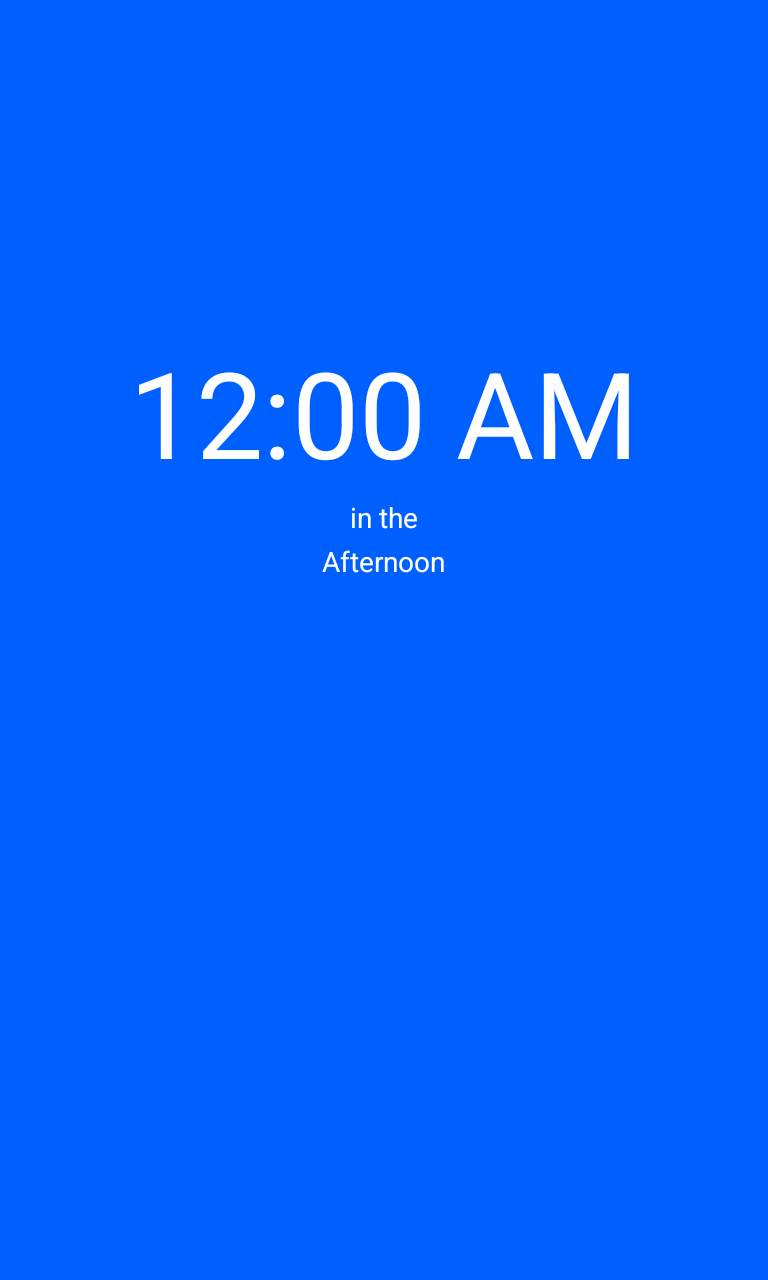
Repository: DinkyDetailsLLC/ADP2
Layout: WakeTimerforKids/res/layout/activity_main.xml
The author's editor kept a copy of each file at every save. The layout is drawn from the files as they stood at one save, then again after the next save.
It is drawn on a 768 x 1280 px phone screen (xhdpi) without system bars, with theme AppTheme; the app's code is not run.

Above is the layout before, as saved 2014-02-12 05:44:24.

After the next save:
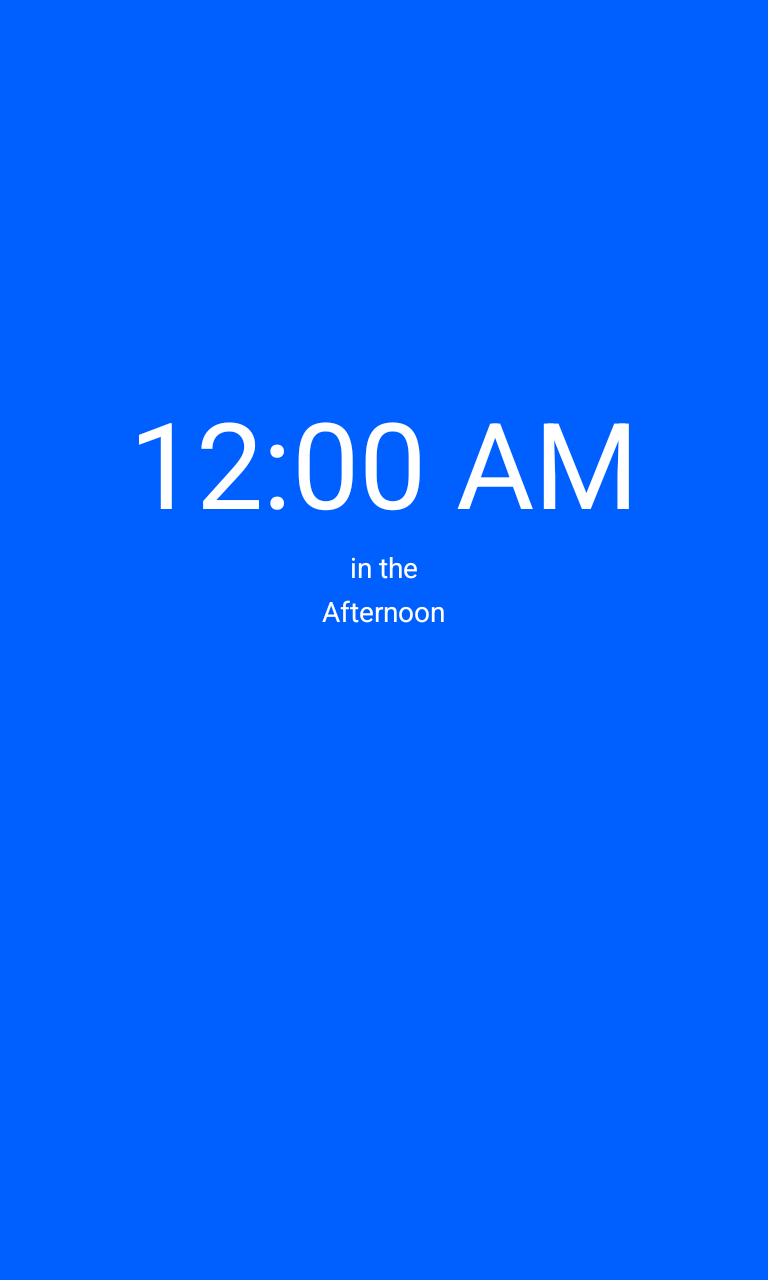
Saved 13 s later.
--- a/WakeTimerforKids/res/layout/activity_main.xml
+++ b/WakeTimerforKids/res/layout/activity_main.xml
@@ -14,7 +14,7 @@
         android:layout_width="wrap_content"
         android:layout_height="wrap_content"
         android:layout_centerHorizontal="true"
-        android:layout_marginTop="150dp"
+        android:layout_marginTop="175dp"
         android:textColor="@color/white"
         android:textSize="60sp"
         android:text="@string/clock" />
